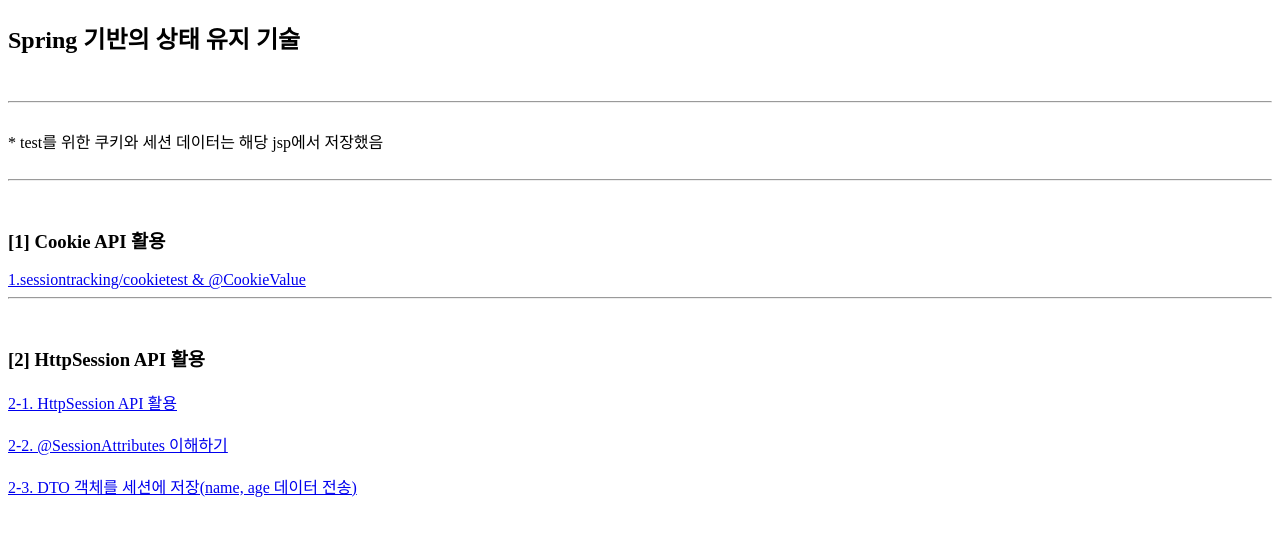
Repository: Encore-Playdata-Course/Spring
Page: http://localhost/step09_SpringMVC/step03.jsp
The author's editor kept a copy of each file at every save. The page is drawn from the files as they stood at one save, then again after the next save.
The browser window is 1280 px wide. The pictures show the whole page.
The page is served by Tomcat 9.

Above is the page before, as saved 2021-01-29 08:08:09.

After the next save:
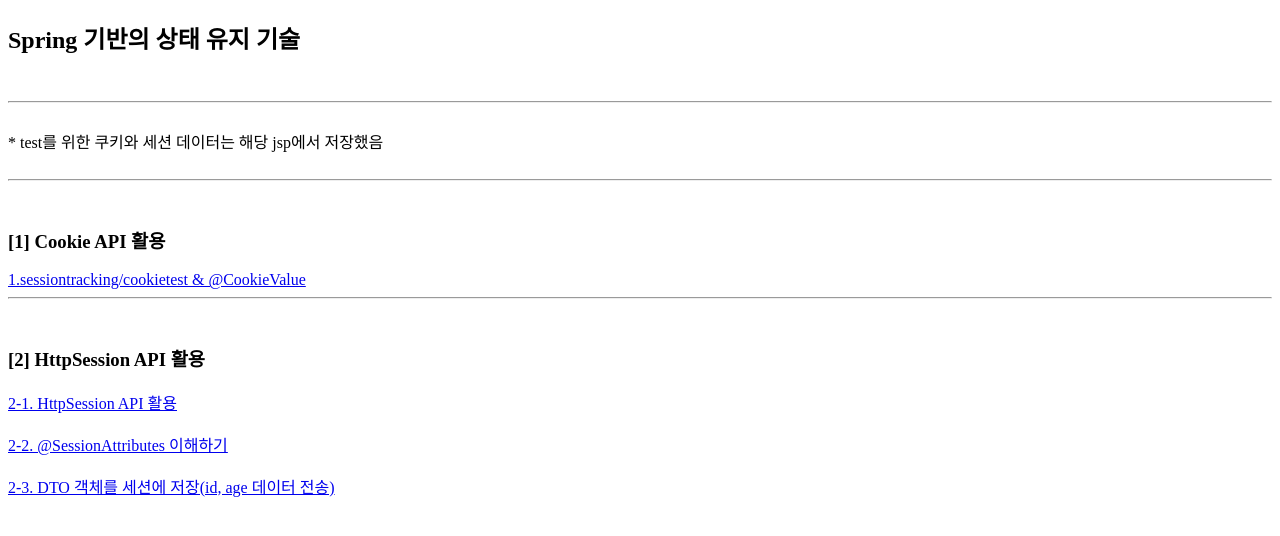
Saved 80 s later.
--- a/step09_SpringMVC/WebContent/step03.jsp
+++ b/step09_SpringMVC/WebContent/step03.jsp
@@ -40,7 +40,7 @@
 
 	<br><br>
 
-	<a href="sessiontracking/sessionTest3DTO?name2=khk&age2=20">2-3. DTO 객체를 세션에 저장(name, age 데이터 전송)</a>
+	<a href="sessiontracking/sessionTest3DTO?id=mg&age=20">2-3. DTO 객체를 세션에 저장(id, age 데이터 전송)</a>
 
 
 </body>
